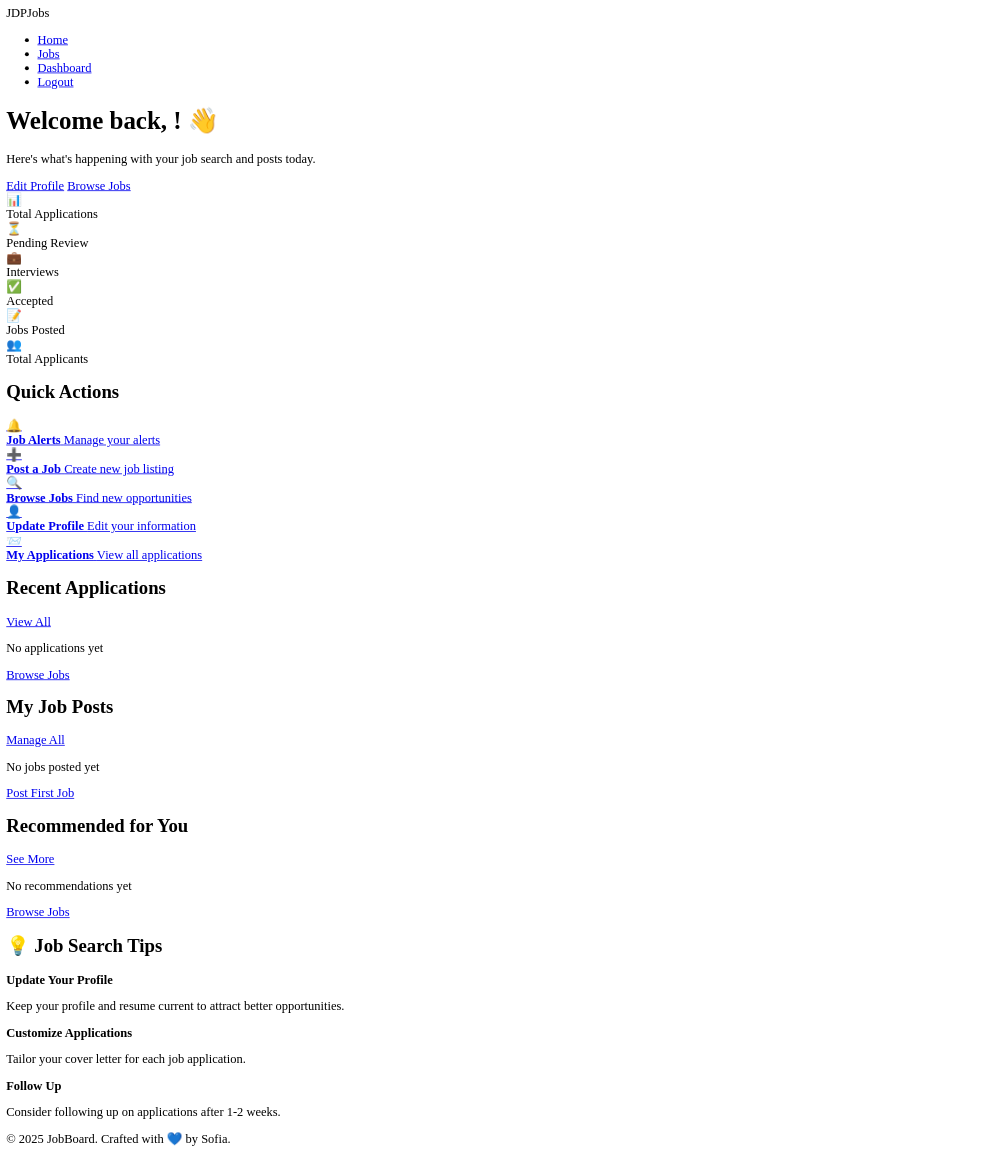
Repository: sofia123776/jobboard
Page: jobs/templates/jobs/dashboard.html
An editor plug-in stored every save of this project. The page is shown before and after the next save, followed by the edit.
The browser window is 1280 px wide. The pictures show the whole page, at 78% of full size.
The template is drawn by Django 5.2. The application's start-up code is not run. Other server files are loaded and not shown. The template is opened directly, without the code that normally fills it, so the values that code supplies are empty.

Above is the page before, as saved 2025-10-22 12:09:15.

### jobs/templates/jobs/dashboard.html
{% load static %}
<!DOCTYPE html>
<html lang="en">
<head>
    <meta charset="UTF-8">
    <meta name="viewport" content="width=device-width, initial-scale=1.0">
    <title>Dashboard | JobBoard</title>
    <link rel="stylesheet" href="{% static 'css/style.css' %}">
</head>
<body>
    <header class="navbar">
        <div class="logo">JDP<span>Jobs</span></div>
        <nav>
            <ul>
                <li><a href="{% url 'home' %}">Home</a></li>
                <li><a href="{% url 'job_list' %}">Jobs</a></li>
                <li><a href="{% url 'dashboard' %}" class="active">Dashboard</a></li>
                <li><a href="{% url 'logout' %}">Logout</a></li>
            </ul>
        </nav>
    </header>

    <div class="container">
        <!-- Welcome Section -->
        <div class="welcome-section">
            <div class="welcome-content">
                <h1>Welcome back, {{ user.username }}! 👋</h1>
                <p>Here's what's happening with your job search and posts today.</p>
            </div>
            <div class="welcome-actions">
                <a href="{% url 'profile' %}" class="btn btn-outline-primary">Edit Profile</a>
                <a href="{% url 'job_list' %}" class="btn btn-primary">Browse Jobs</a>
            </div>
        </div>


        <!-- Quick Stats -->
        <div class="stats-grid">
            <!-- Application Stats -->
            <div class="stat-card">
                <div class="stat-icon">📊</div>
                <div class="stat-content">
                    <div class="stat-number">{{ application_stats.total }}</div>
                    <div class="stat-label">Total Applications</div>
                </div>
            </div>

            <div class="stat-card stat-pending">
                <div class="stat-icon">⏳</div>
                <div class="stat-content">
                    <div class="stat-number">{{ application_stats.pending }}</div>
                    <div class="stat-label">Pending Review</div>
                </div>
            </div>

            <div class="stat-card stat-interview">
                <div class="stat-icon">💼</div>
                <div class="stat-content">
                    <div class="stat-number">{{ application_stats.interview }}</div>
                    <div class="stat-label">Interviews</div>
                </div>
            </div>

            <div class="stat-card stat-accepted">
                <div class="stat-icon">✅</div>
                <div class="stat-content">
                    <div class="stat-number">{{ application_stats.accepted }}</div>
                    <div class="stat-label">Accepted</div>
                </div>
            </div>

            <!-- Job Posting Stats -->
            <div class="stat-card">
                <div class="stat-icon">📝</div>
                <div class="stat-content">
                    <div class="stat-number">{{ job_stats.total }}</div>
                    <div class="stat-label">Jobs Posted</div>
                </div>
            </div>

            <div class="stat-card">
                <div class="stat-icon">👥</div>
                <div class="stat-content">
                    <div class="stat-number">{{ job_stats.total_applications }}</div>
                    <div class="stat-label">Total Applicants</div>
                </div>
            </div>
        </div>

        <!-- Main Dashboard Layout -->
        <div class="dashboard-layout">
            <!-- Left Column -->
            <div class="dashboard-column">
                <!-- Quick Actions -->
                <div class="dashboard-card">
                    <h2 class="card-title">Quick Actions</h2>
                    <div class="quick-actions-grid">

                    <a href="{% url 'job_alerts' %}" class="quick-action">
                         <div class="action-icon">🔔</div>
                        <div class="action-text">
                            <strong>Job Alerts</strong>
                            <span>Manage your alerts</span>
                         </div>
                    </a>
                        <a href="{% url 'post_job' %}" class="quick-action">
                            <div class="action-icon">➕</div>
                            <div class="action-text">
                                <strong>Post a Job</strong>
                                <span>Create new job listing</span>
                            </div>
                        </a>

                        <a href="{% url 'job_list' %}" class="quick-action">
                            <div class="action-icon">🔍</div>
                            <div class="action-text">
                                <strong>Browse Jobs</strong>
                                <span>Find new opportunities</span>
                            </div>
                        </a>

                        <a href="{% url 'profile' %}" class="quick-action">
                            <div class="action-icon">👤</div>
                            <div class="action-text">
                                <strong>Update Profile</strong>
                                <span>Edit your information</span>
                            </div>
                        </a>



                        <a href="{% url 'my_applications' %}" class="quick-action">
                            <div class="action-icon">📨</div>
                            <div class="action-text">
                                <strong>My Applications</strong>
                                <span>View all applications</span>
                            </div>
                        </a>
                    </div>
                </div>

                <!-- Recent Applications -->
                <div class="dashboard-card">
                    <div class="card-header">
                        <h2 class="card-title">Recent Applications</h2>
                        <a href="{% url 'my_applications' %}" class="view-all">View All</a>
                    </div>

                    {% if recent_applications %}
                    <div class="applications-list">
                        {% for application in recent_applications %}
                        <div class="application-item">
                            <div class="application-main">
                                <h4>{{ application.job.title }}</h4>
                                <p class="company">{{ application.job.company_name }}</p>
                                <p class="date">Applied {{ application.date_applied|timesince }} ago</p>
                            </div>
                            <div class="application-status">
                                <span class="status-badge status-{{ application.status }}">
                                    {{ application.get_status_display }}
                                </span>
                            </div>
                        </div>
                        {% endfor %}
                    </div>
                    {% else %}
                    <div class="empty-state">
                        <p>No applications yet</p>
                        <a href="{% url 'job_list' %}" class="btn btn-sm btn-outline-primary">Browse Jobs</a>
                    </div>
                    {% endif %}
                </div>
            </div>

            <!-- Right Column -->
            <div class="dashboard-column">
                <!-- My Job Posts -->
                <div class="dashboard-card">
                    <div class="card-header">
                        <h2 class="card-title">My Job Posts</h2>
                        <a href="{% url 'manage_jobs' %}" class="view-all">Manage All</a>
                    </div>

                    {% if recent_jobs_posted %}
                    <div class="jobs-list">
                        {% for job in recent_jobs_posted %}
                        <div class="job-item">
                            <div class="job-main">
                                <h4>{{ job.title }}</h4>
                                <p class="meta">{{ job.company_name }} • {{ job.location }}</p>
                                <p class="applicants">
                                    <strong>{{ job.application_count }}</strong> applicant{{ job.application_count|pluralize }}
                                </p>
                            </div>
                            <div class="job-actions">
                                <a href="{% url 'manage_job_applications' job.id %}" class="btn btn-sm btn-primary">
                                    Manage
                                </a>
                            </div>
                        </div>
                        {% endfor %}
                    </div>
                    {% else %}
                    <div class="empty-state">
                        <p>No jobs posted yet</p>
                        <a href="{% url 'post_job' %}" class="btn btn-sm btn-outline-primary">Post First Job</a>
                    </div>
                    {% endif %}
                </div>

                <!-- Recommended Jobs -->
                <div class="dashboard-card">
                    <div class="card-header">
                        <h2 class="card-title">Recommended for You</h2>
                        <a href="{% url 'job_list' %}" class="view-all">See More</a>
                    </div>

                    {% if recommended_jobs %}
                    <div class="recommended-jobs">
                        {% for job in recommended_jobs %}
                        <div class="recommended-job">
                            <div class="job-info">
                                <h4>{{ job.title }}</h4>
                                <p class="company">{{ job.company_name }} • {{ job.location }}</p>
                                <span class="job-type job-type-{{ job.job_type }}">
                                    {{ job.get_job_type_display }}
                                </span>
                            </div>
                            <div class="job-actions">
                                <a href="{% url 'job_detail' job.id %}" class="btn btn-sm btn-outline-primary">
                                    View
                                </a>
                                <a href="{% url 'apply_job' job.id %}" class="btn btn-sm btn-primary">
                                    Apply
                                </a>
                            </div>
                        </div>
                        {% endfor %}
                    </div>
                    {% else %}
                    <div class="empty-state">
                        <p>No recommendations yet</p>
                        <a href="{% url 'job_list' %}" class="btn btn-sm btn-outline-primary">Browse Jobs</a>
                    </div>
                    {% endif %}
                </div>

                <!-- Quick Tips -->
                <div class="dashboard-card tips-card">
                    <h2 class="card-title">💡 Job Search Tips</h2>
                    <div class="tips-list">
                        <div class="tip-item">
                            <strong>Update Your Profile</strong>
                            <p>Keep your profile and resume current to attract better opportunities.</p>
                        </div>
                        <div class="tip-item">
                            <strong>Customize Applications</strong>
                            <p>Tailor your cover letter for each job application.</p>
                        </div>
                        <div class="tip-item">
                            <strong>Follow Up</strong>
                            <p>Consider following up on applications after 1-2 weeks.</p>
                        </div>
                    </div>
                </div>
            </div>
        </div>
    </div>

    <footer>
        <p>© 2025 JobBoard. Crafted with 💙 by Sofia.</p>
    </footer>
</body>
</html>

### accounts/static/css/style.css
.form-container {
    width: 350px;
    margin: 100px auto;
    background: rgba(255, 255, 255, 0.9);
    padding: 2rem;
    border-radius: 12px;
    box-shadow: 0 5px 20px rgba(0,0,0,0.1);
    text-align: center;
}

.form-container h2 {
    margin-bottom: 1rem;
    color: #2a3d66;
}

.form-container input {
    width: 90%;
    padding: 10px;
    margin: 8px 0;
    border: 1px solid #ddd;
    border-radius: 6px;
    font-size: 15px;
}

.form-container button {
    width: 100%;
    background-color: #2a3d66;
    color: white;
    border: none;
    padding: 10px;
    border-radius: 6px;
    font-size: 16px;
    cursor: pointer;
    transition: 0.3s;
}

.form-container button:hover {
    background-color: #1c294d;
}

After the next save:
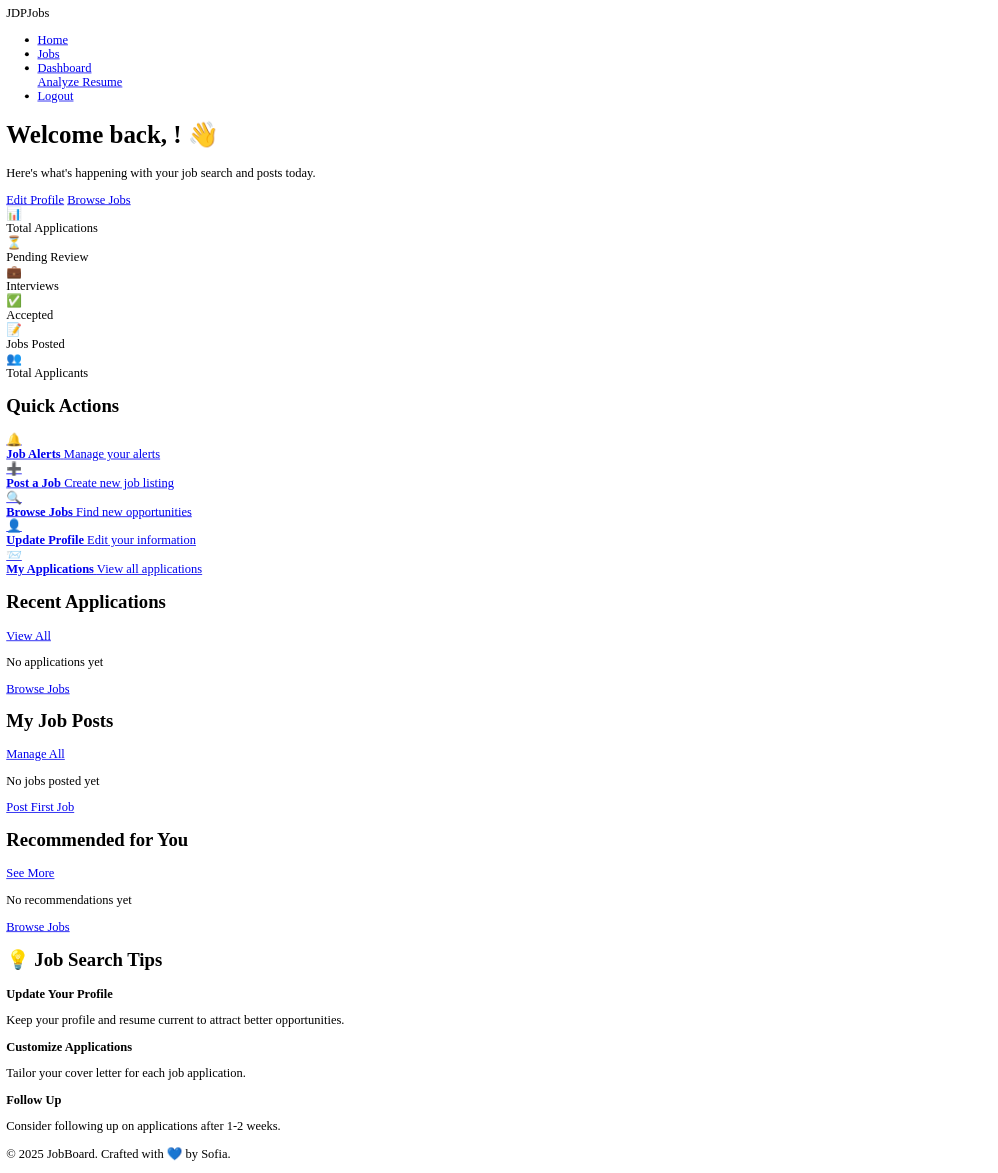
Saved 2 min 13 s later.
--- a/jobs/templates/jobs/dashboard.html
+++ b/jobs/templates/jobs/dashboard.html
@@ -15,6 +15,9 @@
                 <li><a href="{% url 'home' %}">Home</a></li>
                 <li><a href="{% url 'job_list' %}">Jobs</a></li>
                 <li><a href="{% url 'dashboard' %}" class="active">Dashboard</a></li>
+                <a href="{% url 'resume_upload' %}">Analyze Resume</a>
+
+
                 <li><a href="{% url 'logout' %}">Logout</a></li>
             </ul>
         </nav>
